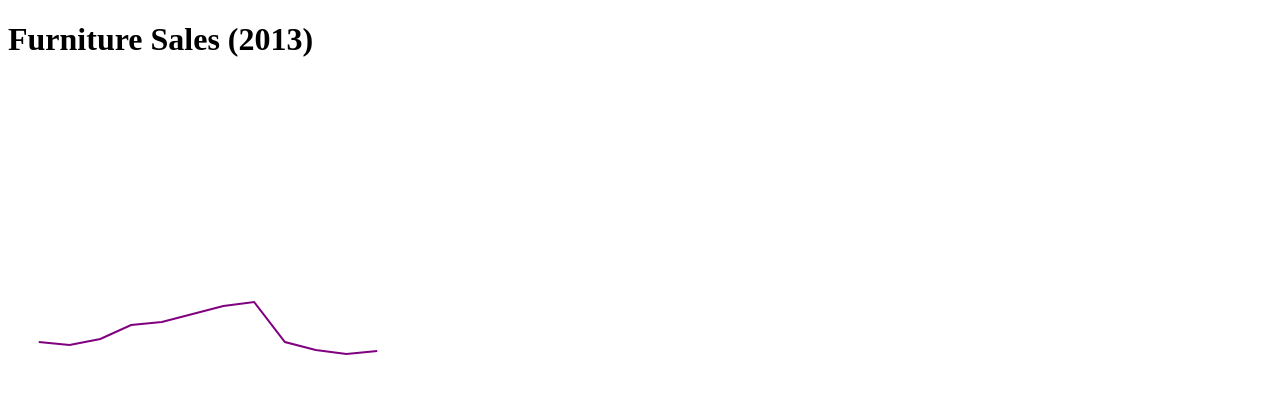
Repository: bevzuk/node.js.samples
Page: d3/6.WorkingWithJson.html
The author's editor kept a record of every edit. The page is drawn from the files as they stood at one moment, then again after the next edit.
The browser window is 1280 px wide. The pictures show the whole page.

Above is the page before.

After the next edit:
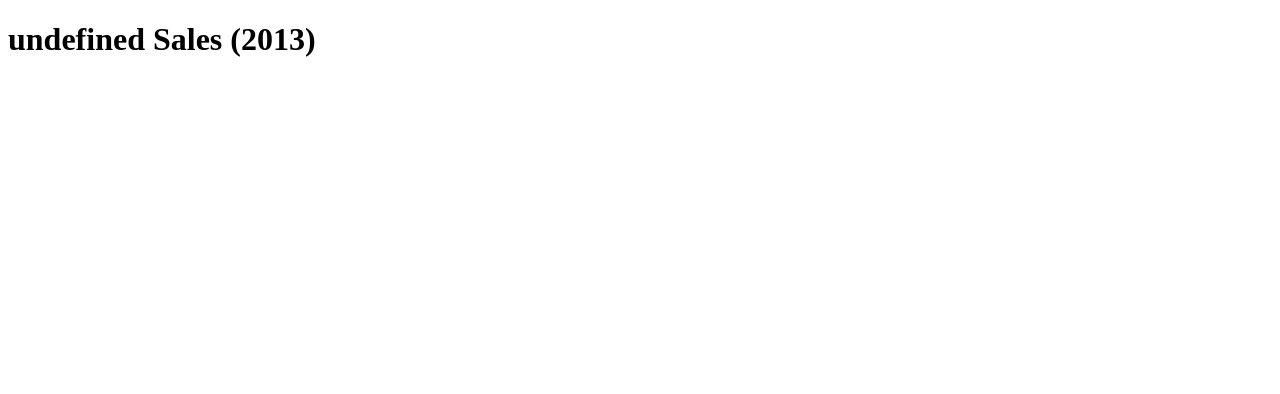
Console error: TypeError: Cannot read properties of undefined (reading 'length')
The edit:
--- a/d3/6.WorkingWithJson.html
+++ b/d3/6.WorkingWithJson.html
@@ -45,7 +45,7 @@
                 .text(ds.category + " Sales (2013)");
         }
 
-        d3.json("MonthlySalesByCategory.json", function(error, data) {
+        d3.json("MonthlySalesByCategoryMultiple.json", function(error, data) {
             if (error) {
                 console.log(error);
                 return;
